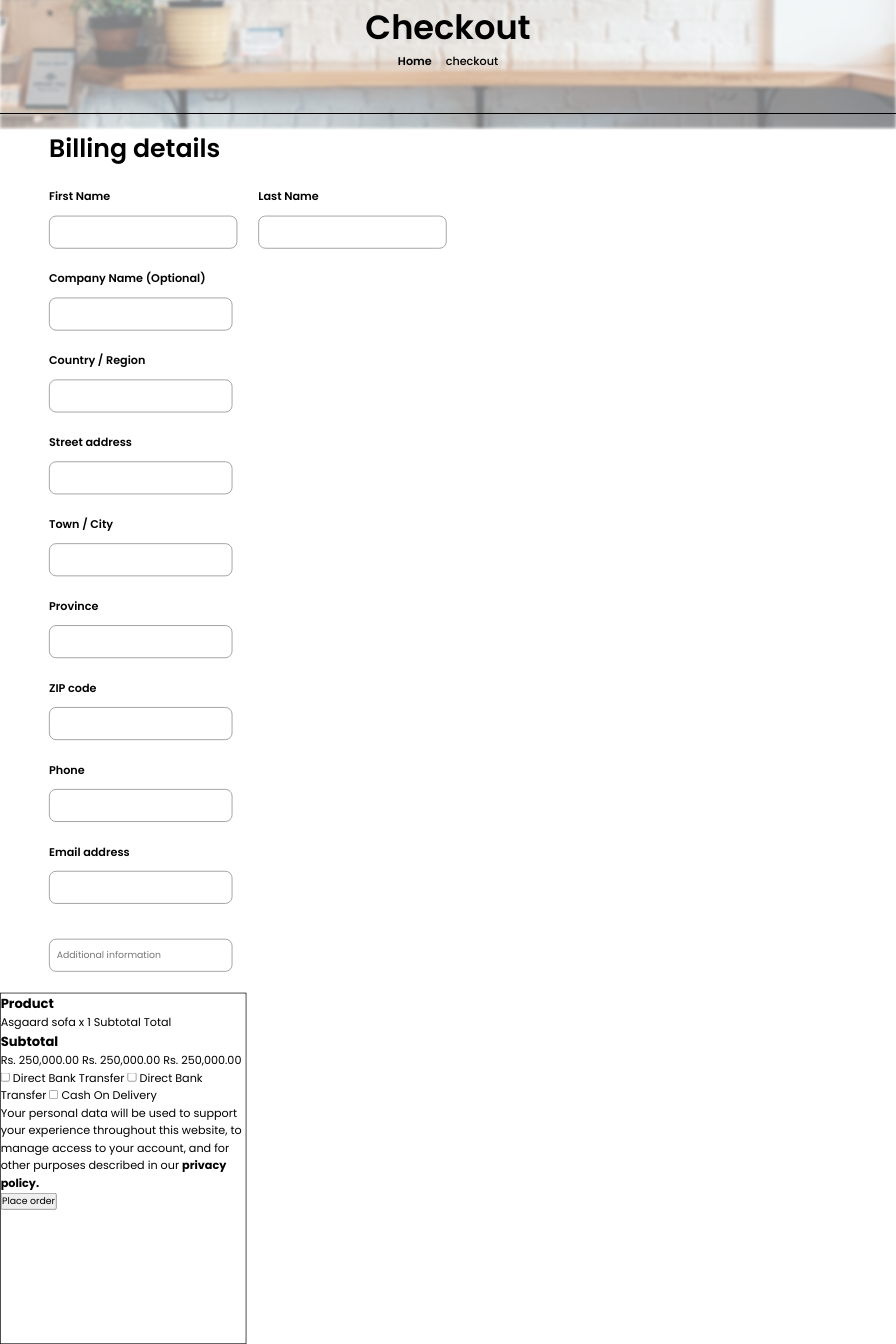
Repository: DT2301/project
Page: checkout.html
An editor plug-in stored every save of this project. The page is shown before and after the next save, followed by the edit.
The browser window is 1280 px wide. The pictures show the part of the page from y = 203 to 2123 px (the page is 2123 px tall), at 70% of full size.
A picture or video elsewhere on the page could not be fetched, so the positions and the page height are approximate.

Above is the page before, as saved 2024-01-08 10:08:43.

After the next save:
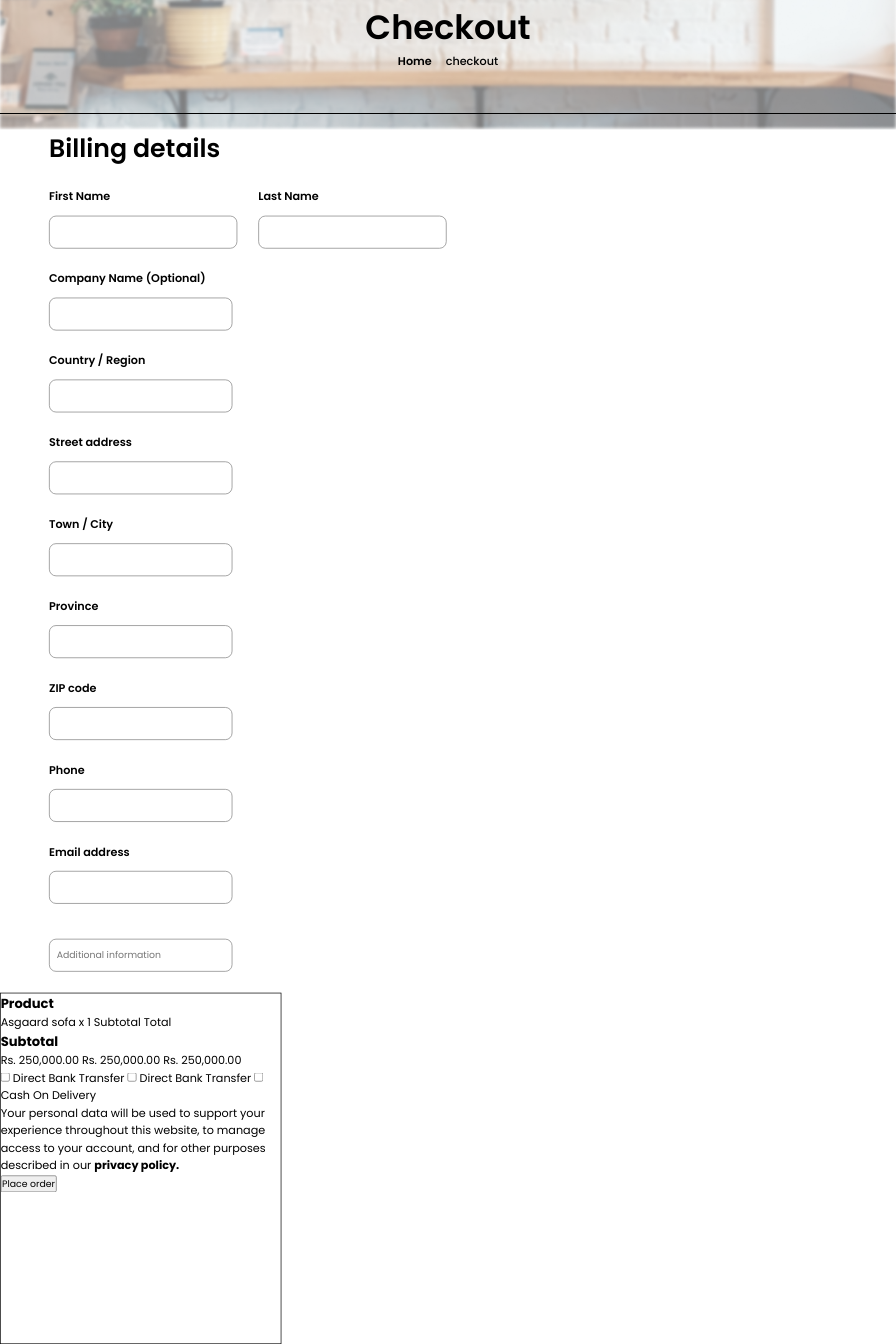
Saved 8 s later.
--- a/checkout.css
+++ b/checkout.css
@@ -159,6 +159,6 @@ ul {
 
 .checkout{
     border: 1px solid black;
-    width: 350px;
+    width: 400px;
     height: 500px;
 }
